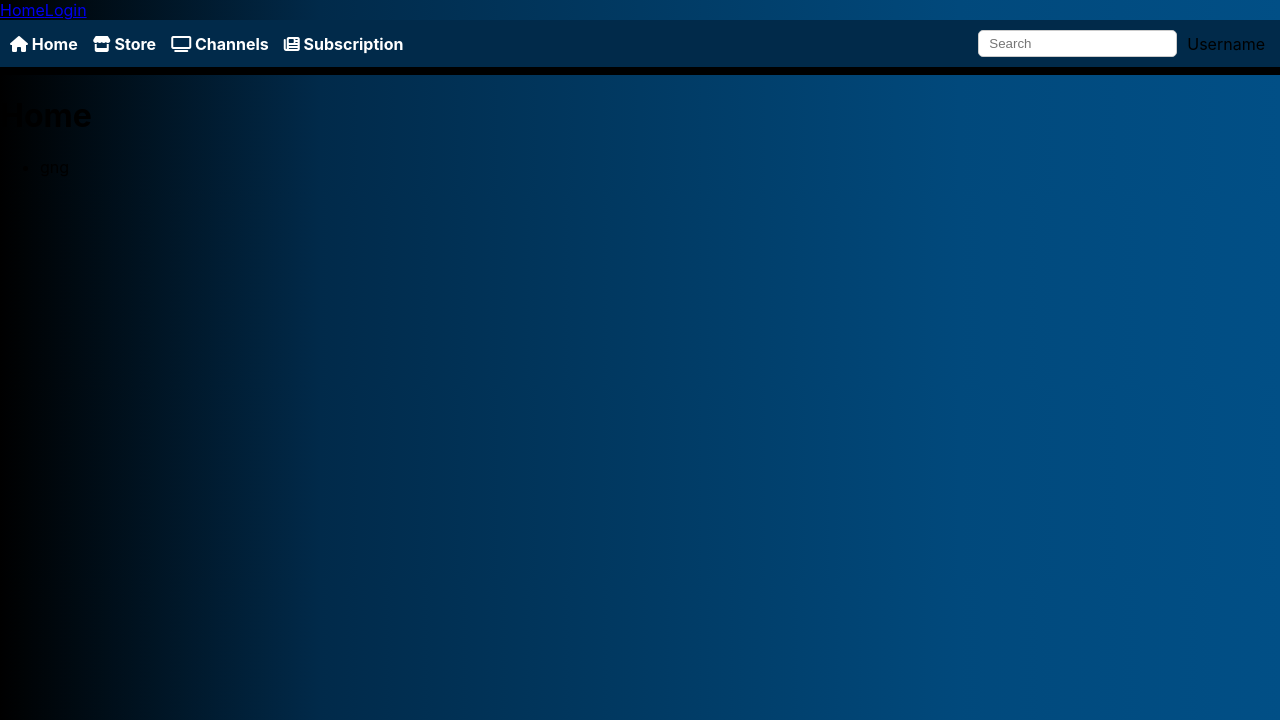
Repository: gordonnrat/group-2-project
Page: / (app in source-code/)
An editor plug-in stored every save of this project. The page is shown before and after a run of saves, followed by the edit.
The browser window is 1280 px wide. The pictures show the whole page.
The project was rebuilt for these pictures with package versions that can differ from the ones it lists, and the page was loaded fresh each time. Also part of the build but not shown: source-code/src/App.css, source-code/src/App.js, source-code/src/components/pages/Login.js.

Above is the page before, as saved 2023-07-21 10:43:29.

### source-code/src/index.js
import React from 'react';
import ReactDOM from 'react-dom';
import './index.css';
import reportWebVitals from './reportWebVitals';
import {
  BrowserRouter as Router,
  Routes,
  Route,
  Link
} from "react-router-dom";

import App from './App';
import Home from './components/pages/Home';
import Login from './components/pages/Login';

ReactDOM.render(
  <React.StrictMode>
    <Router>
      <div className="sidebar-left">
        <Link to="/">Home</Link>
        <Link to="/login">Login</Link>
        {/* Add more links to other pages */}
      </div>
      <div className="main-content">
        <Routes>
          <Route path="/" element={<Home />} />
          <Route path="/login" element={<Login />} />
          {/* Add more routes here */}
          <Route path="/group-2-project" element={<Link to="/" />} />
        </Routes>
      </div>
      <div className="sidebar-right">
        {/* Add content for the right sidebar */}
      </div>
    </Router>
  </React.StrictMode>,
  document.getElementById('root')
);

reportWebVitals();

### source-code/src/index.css
body {
  margin: 0;
  font-family: -apple-system, BlinkMacSystemFont, 'Segoe UI', 'Roboto', 'Oxygen',
    'Ubuntu', 'Cantarell', 'Fira Sans', 'Droid Sans', 'Helvetica Neue',
    sans-serif;
  -webkit-font-smoothing: antialiased;
  -moz-osx-font-smoothing: grayscale;
}

code {
  font-family: source-code-pro, Menlo, Monaco, Consolas, 'Courier New',
    monospace;
}

body {
  background: linear-gradient(0.25turn,black,#012A4A, #013A63, #01497C,#014F86);


}

### source-code/src/components/pages/Home.js
import Navbar from "../Navbar";

function Home() {
    return(
        <div>
            <Navbar />
            <h1>Home</h1>
            <ul>
                <li>gng</li>
            </ul>
        </div>
    )
}

export default Home

### source-code/src/components/Navbar.js
import { Link } from "react-router-dom";
import "./Navbar.css";
import "@fortawesome/fontawesome-free/css/all.min.css";

function Navbar() {
  return (
    <nav className="navbar">
      <ul className="left-nav">
        <li>
          <Link to="/">
            <i className="fas fa-home"></i> Home
          </Link>
        </li>
        <li>
          <Link to="/Store">
            <i className="fas fa-store"></i> Store
          </Link>
        </li>
        <li>
          <Link to="/Channels">
            <i className="fas fa-tv"></i> Channels
          </Link>
        </li>
        <li>
          <Link to="/Subscription">
            <i className="fas fa-newspaper"></i> Subscription
          </Link>
        </li>
      </ul>
      <div className="right-nav">
        <input type="text" placeholder="Search" />
        <div className="user-section">
          {/* Your user-related elements can go here */}
          <span>Username</span>
        </div>
      </div>
    </nav>
  );
}

export default Navbar;

### source-code/src/components/Navbar.css
/* Navbar.css */

/* Navbar.css */

.navbar {
    background-color: #012A4A;
    padding: 10px;
    display: flex;
    justify-content: space-between;
    align-items: center;
    /* Add border line to the bottom of the navigation bar */
    border-bottom: 8px solid black; /* Replace #fff with your desired border color */
}





.left-nav {
    list-style-type: none;
    margin: 0;
    padding: 0;
    display: flex;
    align-items: center;
}

.left-nav li {
    margin-right: 15px;
}

.left-nav li:last-child {
    margin-right: 0;
}

.left-nav li a {
    text-decoration: none;
    color: white;
    font-size: 16px;
    font-weight: bold;
}

.left-nav li a:hover {
    color: white;
}

.right-nav {
    display: flex;
    align-items: center;
}

.right-nav input[type="text"] {
    padding: 5px 10px;
    border: 1px solid #ccc;
    border-radius: 5px;
    margin-right: 10px;
}

.user-section {
    display: flex;
    align-items: center;
}

.user-section span {
    margin-right: 5px;
}

.user-section img {
    width: 30px;
    height: 30px;
    border-radius: 50%;
}


  /* NavigationBar.css */

Loaded but not shown: source-code/public/index.html (common file); source-code/src/reportWebVitals.js (common file)

After the next 2 saves:
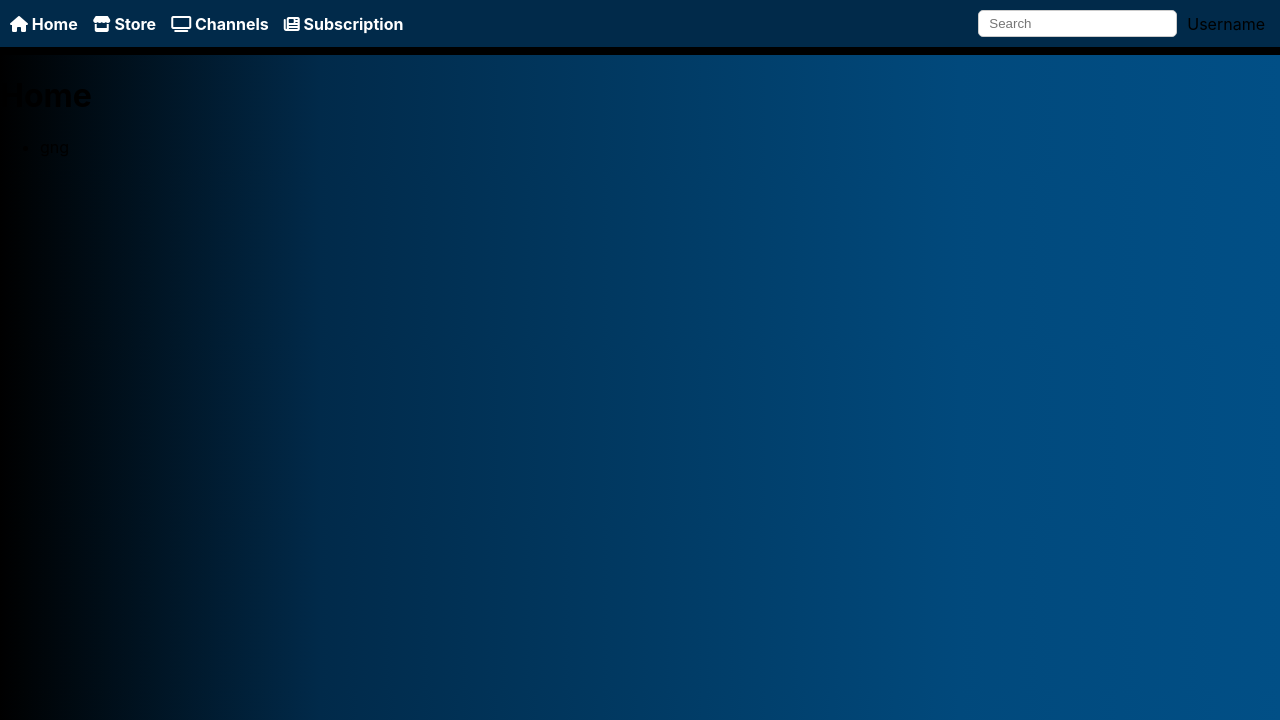
The 2 saves are shown as one change because they came seconds apart.
The last was saved 27 s later.
--- a/source-code/src/index.js
+++ b/source-code/src/index.js
@@ -16,25 +16,18 @@ import Login from './components/pages/Login';
 ReactDOM.render(
   <React.StrictMode>
     <Router>
-      <div className="sidebar-left">
-        <Link to="/">Home</Link>
-        <Link to="/login">Login</Link>
-        {/* Add more links to other pages */}
-      </div>
-      <div className="main-content">
-        <Routes>
-          <Route path="/" element={<Home />} />
-          <Route path="/login" element={<Login />} />
-          {/* Add more routes here */}
-          <Route path="/group-2-project" element={<Link to="/" />} />
-        </Routes>
-      </div>
-      <div className="sidebar-right">
-        {/* Add content for the right sidebar */}
-      </div>
+      <Routes>
+        <Route path="/" element={<Home />} />
+        <Route path="/login" element={<Login />} />
+        {/* Add more routes here */}
+        <Route path="/group-2-project" element={<Link to="/" />} />
+      </Routes>
     </Router>
   </React.StrictMode>,
   document.getElementById('root')
 );
 
+// If you want to start measuring performance in your app, pass a function
+// to log results (for example: reportWebVitals(console.log))
+// or send to an analytics endpoint. Learn more: https://bit.ly/CRA-vitals
 reportWebVitals();
